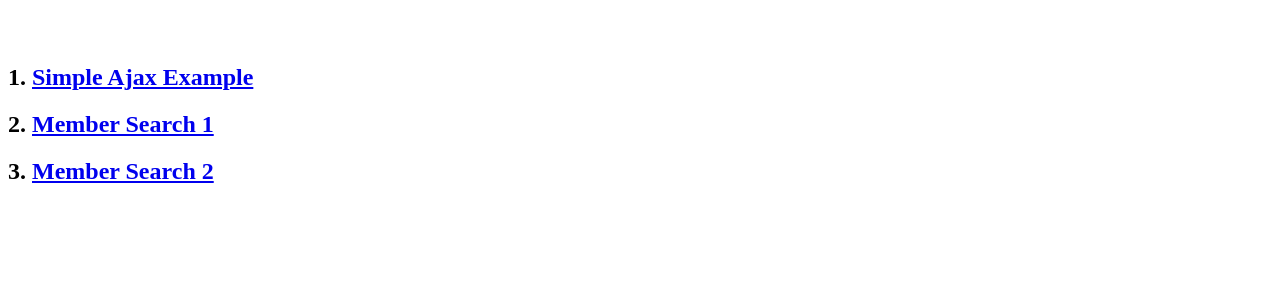
Repository: superThisMe/spring-basic
Page: http://localhost/07.spring-ajax/
These files come from the project's save history. The page is drawn as it stood at one moment and after the next save; the edit follows.
The browser window is 1280 px wide. The pictures show the whole page.
The page is served by Tomcat 9.

Above is the page before, as saved 2020-01-03 03:32:28.

After the next save:
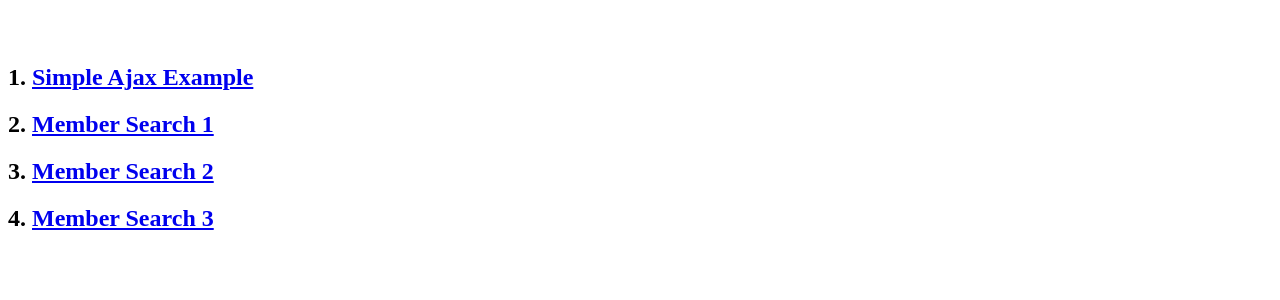
Saved 20 min 4 s later.
--- a/07.spring-ajax/src/main/webapp/WEB-INF/views/home.jsp
+++ b/07.spring-ajax/src/main/webapp/WEB-INF/views/home.jsp
@@ -9,5 +9,6 @@
 	<h2>1. <a href="ajax-example">Simple Ajax Example</a></h2>
 	<h2>2. <a href="member-search-one">Member Search 1</a></h2>
 	<h2>3. <a href="member-search-two">Member Search 2</a></h2>
+	<h2>4. <a href="member-search-three">Member Search 3</a></h2>
 </body>
 </html>
